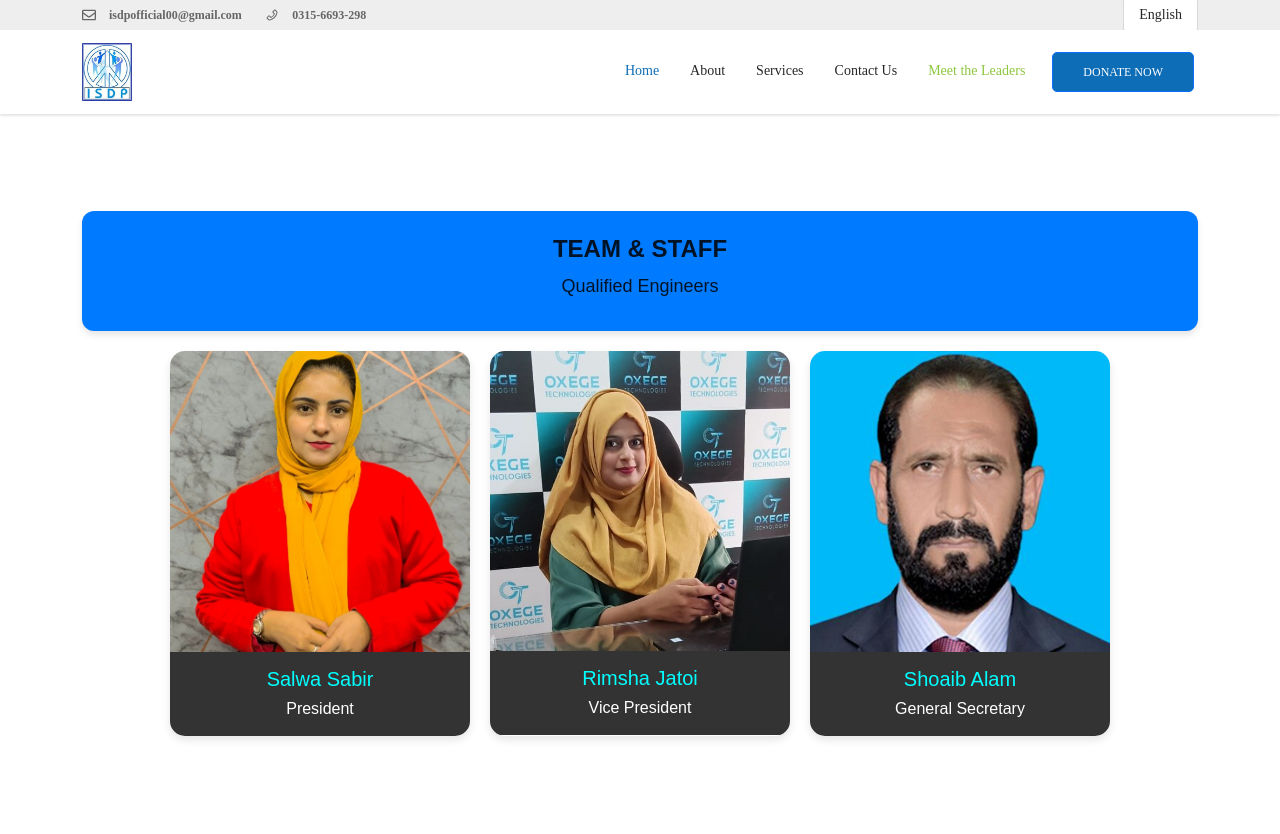
Repository: mfaizanakram8/isdp
Page: team.html
These files come from the project's save history. The page is drawn as it stood at one moment and after the next save; the edit follows.
The browser window is 1280 px wide. The pictures show the part of the page from y = 0 to 834 px (the page is 1410 px tall).
Pictures or frames that could not be fetched are drawn as grey boxes. Some web fonts or font styles are not loaded; a fallback is used.

Above is the page before, as saved 2025-02-23 00:37:14.

After the next save:
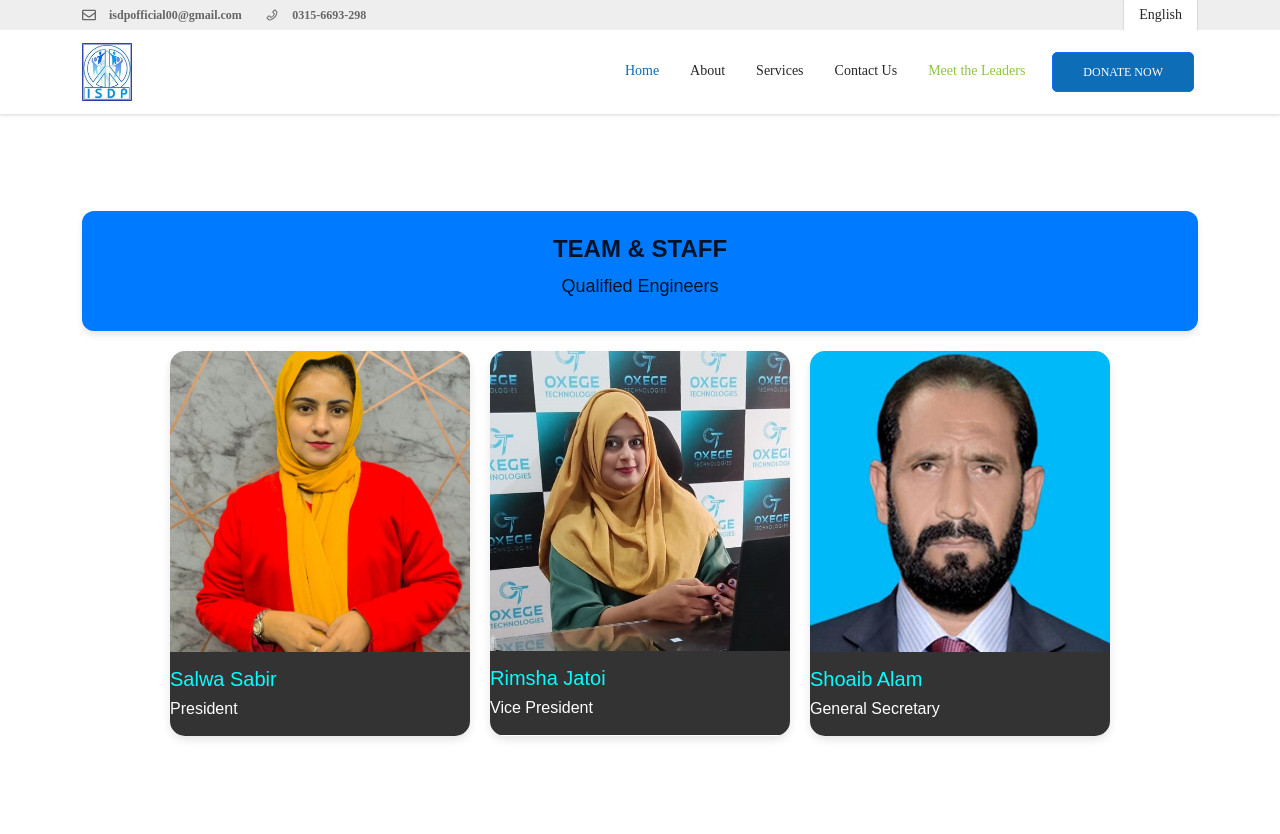
Saved 12 s later.
--- a/team.css
+++ b/team.css
@@ -10,9 +10,7 @@
     width: 100%;
 }
 
-.container {
-    text-align: center;
-}
+
 
 .header h1 {
     color: #FFD700; /* Custom yellow color */
